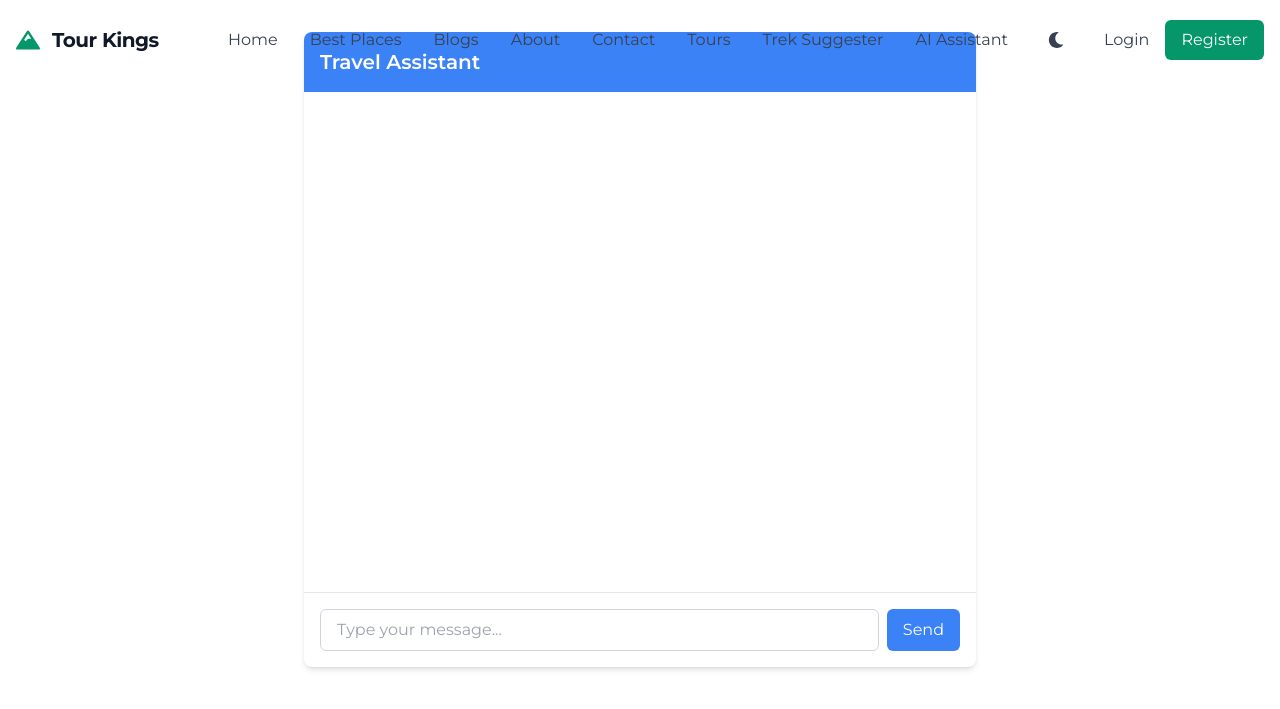
Repository: OnlyAmFo/TourMain
Page: /chatbot (app in Frontend/)
These files come from the project's save history. The page is drawn as it stood at one moment and after the next save; the edit follows.
The browser window is 1280 px wide. The pictures show the whole page.
The project was rebuilt for these pictures with package versions that can differ from the ones it lists, and the page was loaded fresh each time. Also part of the build but not shown: Frontend/vite.config.js, Frontend/src/utils/notifications.js, Frontend/src/components/Auth/Login.jsx, Frontend/src/components/Auth/Register.jsx, Frontend/src/components/Footer/Footer.jsx, Frontend/src/pages/Layout.jsx, Frontend/src/pages/Dashboard/Admin/AdminLayout.jsx, Frontend/src/pages/Home.jsx and 38 more. Imported but missing from the stored project, and not drawn on this page: Frontend/src/assets/video/main.mp4.

Above is the page before, as saved 2025-04-17 19:22:23.

After the next save:
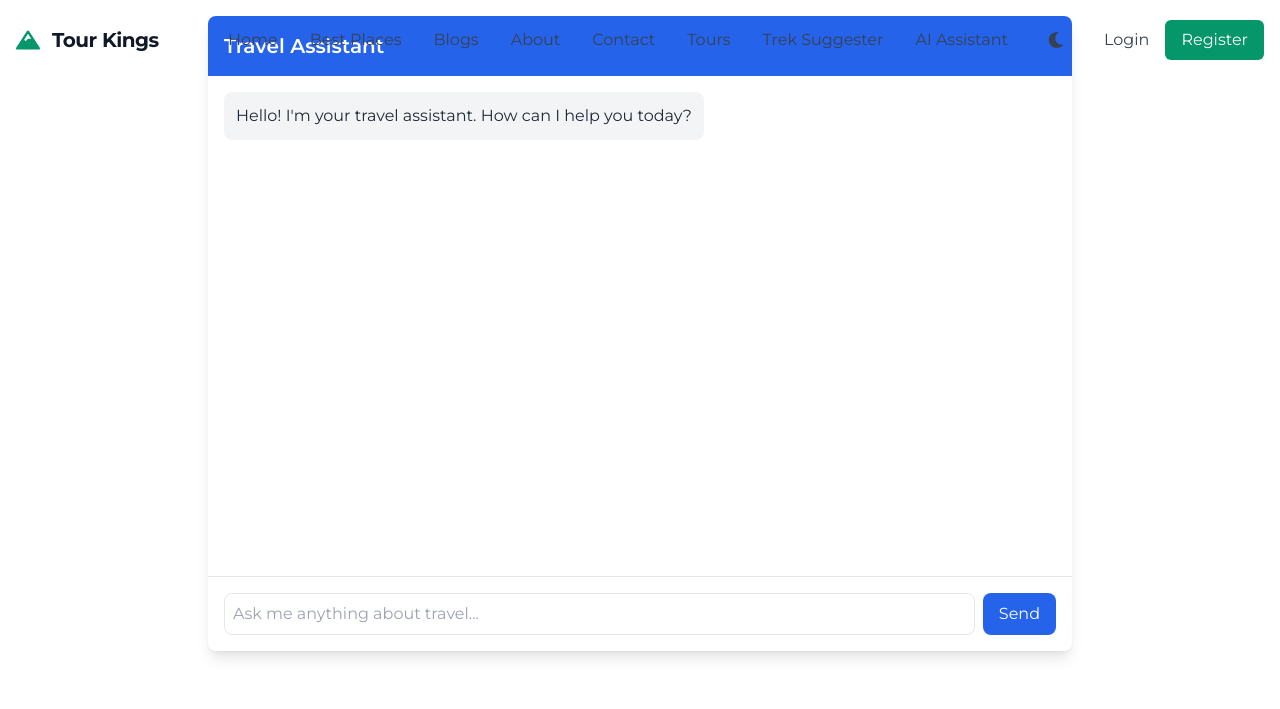
Saved 3 min 37 s later.
--- a/Frontend/src/components/AI/Chatbot.jsx
+++ b/Frontend/src/components/AI/Chatbot.jsx
@@ -3,7 +3,12 @@ import axios from "axios";
 import { toast } from "react-toastify";
 
 const Chatbot = () => {
-  const [messages, setMessages] = useState([]);
+  const [messages, setMessages] = useState([
+    {
+      text: "Hello! I'm your travel assistant. How can I help you today?",
+      sender: "bot",
+    },
+  ]);
   const [input, setInput] = useState("");
   const [loading, setLoading] = useState(false);
   const messagesEndRef = useRef(null);
@@ -30,52 +35,70 @@ const Chatbot = () => {
         message: userMessage,
       });
 
+      // Clean the response to remove any system prompts
+      let botResponse = response.data.response;
+
+      // Remove system prompts that might be included in the response
+      botResponse = botResponse.replace(
+        /You are a helpful travel assistant\. Your role is to.*?tone\./g,
+        ""
+      );
+      botResponse = botResponse.replace(/User:.*?Assistant:/g, "");
+      botResponse = botResponse.replace(/Customer:.*?$/g, "");
+
+      // Clean up any remaining whitespace
+      botResponse = botResponse.trim();
+
+      // If the response is empty after cleaning, use a fallback
+      if (!botResponse) {
+        botResponse =
+          "I'm here to help with your travel questions! What would you like to know about?";
+      }
+
+      setMessages((prev) => [...prev, { text: botResponse, sender: "bot" }]);
+    } catch (error) {
+      console.error("Chat error:", error);
+      toast.error("Failed to get response from AI assistant");
       setMessages((prev) => [
         ...prev,
-        { role: "assistant", content: response.data.response },
+        {
+          text: "I'm sorry, I'm having trouble responding right now. Please try again later.",
+          sender: "bot",
+        },
       ]);
-    } catch (error) {
-      toast.error("Failed to get response. Please try again.");
-      console.error("Error:", error);
     } finally {
       setLoading(false);
     }
   };
 
   return (
-    <div className="container mx-auto px-4 py-8">
-      <div className="max-w-2xl mx-auto bg-white rounded-lg shadow-md overflow-hidden">
-        <div className="bg-blue-500 p-4">
-          <h1 className="text-xl font-semibold text-white">Travel Assistant</h1>
+    <div className="max-w-4xl mx-auto p-4">
+      <div className="bg-white rounded-lg shadow-lg overflow-hidden">
+        <div className="bg-blue-600 p-4">
+          <h2 className="text-xl font-semibold text-white">Travel Assistant</h2>
         </div>
 
         <div className="h-[500px] overflow-y-auto p-4 space-y-4">
           {messages.map((message, index) => (
             <div
               key={index}
-              className={`flex ${
-                message.role === "user" ? "justify-end" : "justify-start"
-              }`}
+              className={`flex ${message.sender === "user" ? "justify-end" : "justify-start"}`}
             >
               <div
-                className={`max-w-[80%] rounded-lg p-3 ${
-                  message.role === "user"
-                    ? "bg-blue-500 text-white"
+                className={`max-w-[70%] rounded-lg p-3 ${
+                  message.sender === "user"
+                    ? "bg-blue-600 text-white"
                     : "bg-gray-100 text-gray-800"
                 }`}
               >
-                {message.content}
+                {message.text}
               </div>
             </div>
           ))}
           {loading && (
             <div className="flex justify-start">
               <div className="bg-gray-100 rounded-lg p-3 text-gray-800">
-                <div className="flex space-x-2">
-                  <div className="w-2 h-2 bg-gray-400 rounded-full animate-bounce"></div>
-                  <div className="w-2 h-2 bg-gray-400 rounded-full animate-bounce delay-100"></div>
-                  <div className="w-2 h-2 bg-gray-400 rounded-full animate-bounce delay-200"></div>
-                </div>
+                Thinking...
               </div>
             </div>
           )}
@@ -88,14 +111,14 @@ const Chatbot = () => {
               type="text"
               value={input}
               onChange={(e) => setInput(e.target.value)}
-              placeholder="Type your message..."
-              className="flex-1 px-4 py-2 border border-gray-300 rounded-md focus:outline-none focus:ring-2 focus:ring-blue-500"
+              placeholder="Ask me anything about travel..."
+              className="flex-1 p-2 border rounded-lg focus:outline-none focus:ring-2 focus:ring-blue-500"
               disabled={loading}
             />
             <button
               type="submit"
               disabled={loading}
-              className="bg-blue-500 text-white px-4 py-2 rounded-md hover:bg-blue-600 transition duration-300 disabled:bg-gray-400"
+              className="bg-blue-600 text-white px-4 py-2 rounded-lg hover:bg-blue-700 focus:outline-none focus:ring-2 focus:ring-blue-500 focus:ring-offset-2 disabled:opacity-50"
             >
               Send
             </button>
